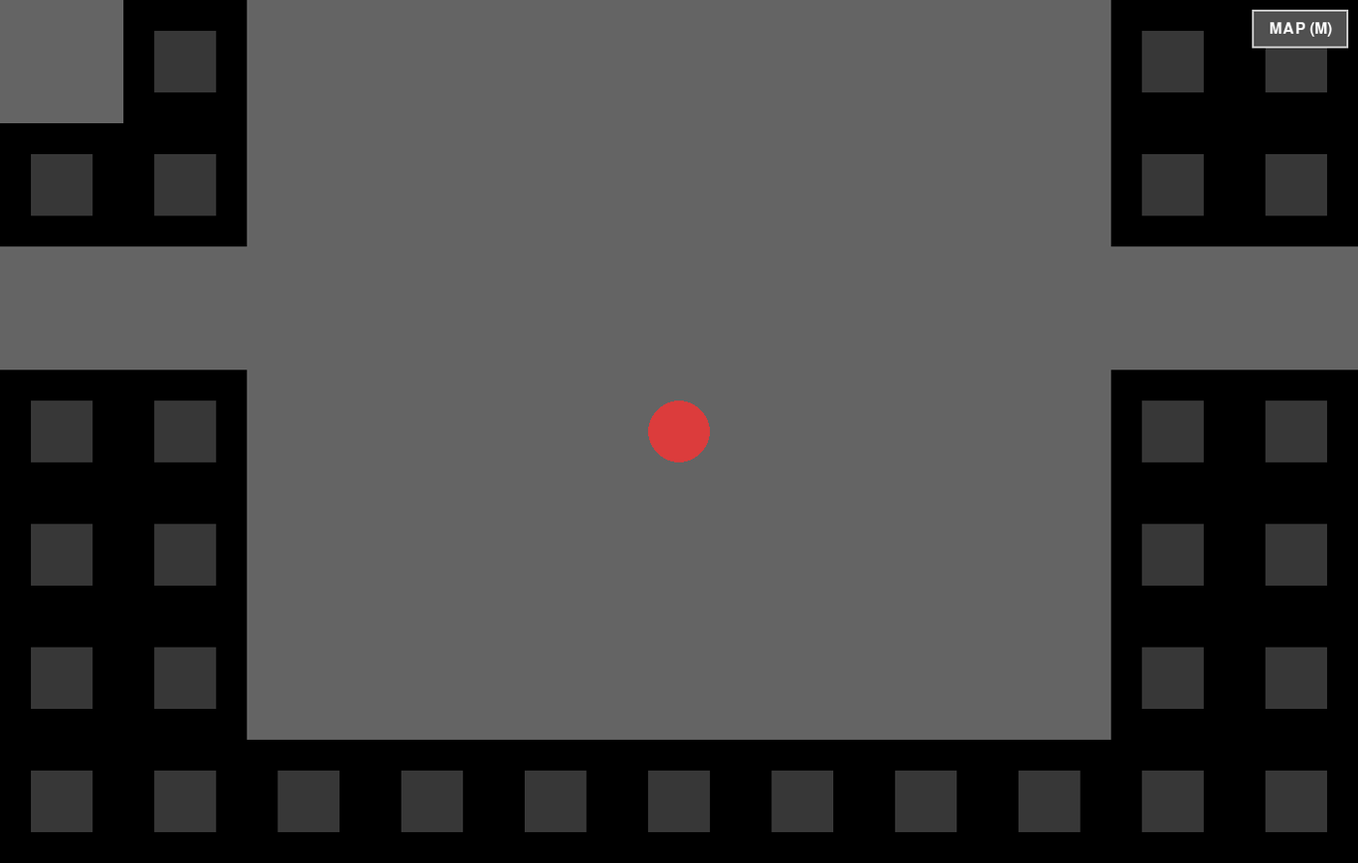
Repository: Nakib-Arman/Game-Jam-2026
Script's output: python main.py
These files come from the project's save history. The script's output is drawn as it stood at one moment and after the next save; the edit follows.
The pictures are shown at 97% of full size.
Figures wider than 1,400 px are first shrunk to that width. The window is shown after at most 60 frames with no key pressed. Random numbers start from a fixed seed.

Above is the script's output before, as saved 2026-01-24 22:08:11.

### main.py
import pygame
from cave import generate_cave
from map import draw_map

# ======================
# CONFIGURATION
# ======================

WORLD_ROWS = 50
WORLD_COLS = 50

VIEW_ROWS = 7
VIEW_COLS = 11

BASE_CELL_SIZE = 128
WALL_SCALE = 0.5

MOVE_DELAY = 80
FPS = 60

BLACK = (0, 0, 0)
LIGHT_GRAY = (100, 100, 100)
DARK_GRAY = (55, 55, 55)
GREEN = (0, 200, 0)
RED = (220, 60, 60)

# ======================
# INITIALIZE
# ======================

pygame.init()
SCREEN_WIDTH = VIEW_COLS * BASE_CELL_SIZE
SCREEN_HEIGHT = VIEW_ROWS * BASE_CELL_SIZE

screen = pygame.display.set_mode((SCREEN_WIDTH, SCREEN_HEIGHT))
pygame.display.set_caption("Cave Explorer")
clock = pygame.time.Clock()
font = pygame.font.SysFont(None, 24)

# ======================
# GAME STATE
# ======================

cave, (player_x, player_y) = generate_cave(WORLD_ROWS, WORLD_COLS)
player_radius = BASE_CELL_SIZE // 4
last_move_time = 0
show_map = False

# ======================
# HELPERS
# ======================

def can_move(x, y):
    return (
        0 <= x < WORLD_COLS and
        0 <= y < WORLD_ROWS and
        cave[y][x] != 1
    )

def get_camera_offset():
    cam_x = player_x - VIEW_COLS // 2
    cam_y = player_y - VIEW_ROWS // 2

    cam_x = max(0, min(cam_x, WORLD_COLS - VIEW_COLS))
    cam_y = max(0, min(cam_y, WORLD_ROWS - VIEW_ROWS))

    return cam_x, cam_y

def draw_map_button():
    button_rect = pygame.Rect(
        SCREEN_WIDTH - 110,
        10,
        100,
        40
    )
    pygame.draw.rect(screen, (80, 80, 80), button_rect)
    pygame.draw.rect(screen, (200, 200, 200), button_rect, 2)

    text = font.render("MAP (M)", True, (255, 255, 255))
    text_rect = text.get_rect(center=button_rect.center)
    screen.blit(text, text_rect)

    return button_rect

# ======================
# RENDERING
# ======================

def draw_world():
    cam_x, cam_y = get_camera_offset()

    for row in range(VIEW_ROWS):
        for col in range(VIEW_COLS):
            world_x = cam_x + col
            world_y = cam_y + row

            screen_x = col * BASE_CELL_SIZE
            screen_y = row * BASE_CELL_SIZE

            if not (0 <= world_x < WORLD_COLS and 0 <= world_y < WORLD_ROWS):
                continue

            cell = cave[world_y][world_x]

            if cell == 1:
                size = int(BASE_CELL_SIZE * WALL_SCALE)
                offset = (BASE_CELL_SIZE - size) // 2
                rect = pygame.Rect(
                    screen_x + offset,
                    screen_y + offset,
                    size,
                    size
                )
                pygame.draw.rect(screen, DARK_GRAY, rect)

            else:
                rect = pygame.Rect(
                    screen_x,
                    screen_y,
                    BASE_CELL_SIZE,
                    BASE_CELL_SIZE
                )
                pygame.draw.rect(screen, LIGHT_GRAY, rect)

            if cell == 2:
                pygame.draw.circle(
                    screen,
                    GREEN,
                    (screen_x + BASE_CELL_SIZE // 2,
                     screen_y + BASE_CELL_SIZE // 2),
                    BASE_CELL_SIZE // 6
                )

    # Player (centered)
    pygame.draw.circle(
        screen,
        RED,
        (SCREEN_WIDTH // 2, SCREEN_HEIGHT // 2),
        player_radius
    )

# ======================
# MAIN LOOP
# ======================

running = True
while running:
    clock.tick(FPS)
    current_time = pygame.time.get_ticks()

    for event in pygame.event.get():
        if event.type == pygame.QUIT:
            running = False

        if event.type == pygame.KEYDOWN:
            if event.key == pygame.K_m:
                show_map = not show_map

        if event.type == pygame.MOUSEBUTTONDOWN:
            if event.button == 1:
                if map_button.collidepoint(event.pos):
                    show_map = not show_map

    # ------------------
    # MOVEMENT
    # ------------------
    if not show_map and current_time - last_move_time >= MOVE_DELAY:
        keys = pygame.key.get_pressed()
        dx = dy = 0

        if keys[pygame.K_LEFT]:
            dx = -1
        elif keys[pygame.K_RIGHT]:
            dx = 1
        elif keys[pygame.K_UP]:
            dy = -1
        elif keys[pygame.K_DOWN]:
            dy = 1

        nx = player_x + dx
        ny = player_y + dy

        if can_move(nx, ny):
            player_x, player_y = nx, ny
            last_move_time = current_time

    # ------------------
    # DRAW
    # ------------------
    screen.fill(BLACK)

    if show_map:
        draw_map(
            screen,
            cave,
            (player_x, player_y),
            (SCREEN_WIDTH, SCREEN_HEIGHT)
        )
    else:
        draw_world()

    map_button = draw_map_button()
    pygame.display.flip()

pygame.quit()

### cave.py
import random
from collections import deque

WALL = 1
FLOOR = 0
EXIT = 2


def generate_cave(rows, cols,
                  room_attempts=40,
                  min_room_size=5,
                  max_room_size=10):

    cave = [[WALL for _ in range(cols)] for _ in range(rows)]
    rooms = []

    # ----------------------
    # Helpers
    # ----------------------
    def carve_room(x, y, w, h):
        for iy in range(y, y + h):
            for ix in range(x, x + w):
                cave[iy][ix] = FLOOR

    def intersects(r1, r2):
        x1, y1, w1, h1 = r1
        x2, y2, w2, h2 = r2
        return not (
            x1 + w1 < x2 or
            x2 + w2 < x1 or
            y1 + h1 < y2 or
            y2 + h2 < y1
        )

    def center(room):
        x, y, w, h = room
        return (x + w // 2, y + h // 2)

    # ----------------------
    # Generate rooms
    # ----------------------
    for _ in range(room_attempts):
        w = random.randint(min_room_size, max_room_size)
        h = random.randint(min_room_size, max_room_size)
        x = random.randint(1, cols - w - 2)
        y = random.randint(1, rows - h - 2)

        new_room = (x, y, w, h)

        if any(intersects(new_room, r) for r in rooms):
            continue

        carve_room(x, y, w, h)
        rooms.append(new_room)

    if not rooms:
        return cave, (1, 1)

    # ----------------------
    # Connect rooms
    # ----------------------
    for i in range(1, len(rooms)):
        x1, y1 = center(rooms[i - 1])
        x2, y2 = center(rooms[i])

        if random.choice([True, False]):
            for x in range(min(x1, x2), max(x1, x2) + 1):
                cave[y1][x] = FLOOR
            for y in range(min(y1, y2), max(y1, y2) + 1):
                cave[y][x2] = FLOOR
        else:
            for y in range(min(y1, y2), max(y1, y2) + 1):
                cave[y][x1] = FLOOR
            for x in range(min(x1, x2), max(x1, x2) + 1):
                cave[y2][x] = FLOOR

    # ----------------------
    # Spawn & exit
    # ----------------------
    spawn_x, spawn_y = center(rooms[0])
    exit_x, exit_y = find_farthest_cell(cave, spawn_x, spawn_y)
    cave[exit_y][exit_x] = EXIT

    return cave, (spawn_x, spawn_y)


def find_farthest_cell(cave, start_x, start_y):
    rows, cols = len(cave), len(cave[0])
    dist = [[-1] * cols for _ in range(rows)]
    queue = deque([(start_x, start_y)])
    dist[start_y][start_x] = 0

    farthest = (start_x, start_y)

    while queue:
        x, y = queue.popleft()
        for dx, dy in [(0, -1), (1, 0), (0, 1), (-1, 0)]:
            nx, ny = x + dx, y + dy
            if 0 <= nx < cols and 0 <= ny < rows:
                if cave[ny][nx] != WALL and dist[ny][nx] == -1:
                    dist[ny][nx] = dist[y][x] + 1
                    queue.append((nx, ny))
                    farthest = (nx, ny)

    return farthest

### map.py
import pygame

WALL = 1
FLOOR = 0
EXIT = 2

def draw_map(screen, cave, player_pos, screen_size):
    rows = len(cave)
    cols = len(cave[0])

    map_margin = 40
    map_width = screen_size[0] - map_margin * 2
    map_height = screen_size[1] - map_margin * 2

    cell_w = map_width // cols
    cell_h = map_height // rows
    cell_size = min(cell_w, cell_h)

    offset_x = (screen_size[0] - (cols * cell_size)) // 2
    offset_y = (screen_size[1] - (rows * cell_size)) // 2

    for y in range(rows):
        for x in range(cols):
            cell = cave[y][x]

            color = (30, 30, 30)          # wall
            if cell == FLOOR:
                color = (120, 120, 120)
            elif cell == EXIT:
                color = (0, 200, 0)

            rect = pygame.Rect(
                offset_x + x * cell_size,
                offset_y + y * cell_size,
                cell_size,
                cell_size
            )
            pygame.draw.rect(screen, color, rect)

    # Draw player
    px, py = player_pos
    player_rect = pygame.Rect(
        offset_x + px * cell_size,
        offset_y + py * cell_size,
        cell_size,
        cell_size
    )
    pygame.draw.rect(screen, (220, 60, 60), player_rect)

    # Border
    pygame.draw.rect(
        screen,
        (200, 200, 200),
        (
            offset_x,
            offset_y,
            cols * cell_size,
            rows * cell_size
        ),
        2
    )

After the next save:
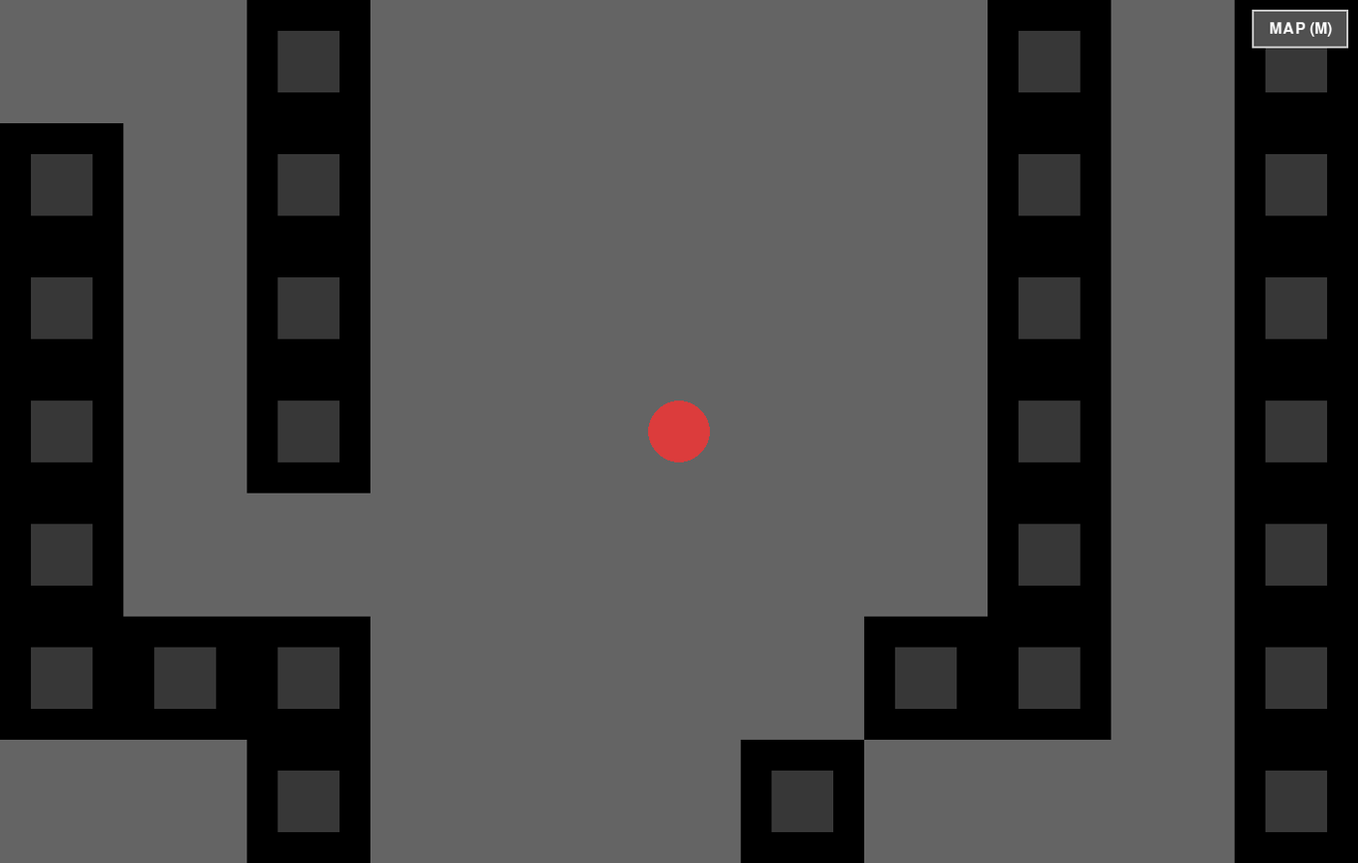
Saved 50 s later.
--- a/cave.py
+++ b/cave.py
@@ -1,22 +1,47 @@
 import random
 from collections import deque
 
+# ----------------------
+# Tile constants
+# ----------------------
 WALL = 1
 FLOOR = 0
 EXIT = 2
 
-
+# ----------------------
+# Cave generator
+# ----------------------
 def generate_cave(rows, cols,
-                  room_attempts=40,
-                  min_room_size=5,
-                  max_room_size=10):
+                  room_attempts=25,
+                  min_room_size=3,
+                  max_room_size=6):
 
     cave = [[WALL for _ in range(cols)] for _ in range(rows)]
+
+    # ----------------------
+    # Maze generation (DFS / recursive backtracker)
+    # ----------------------
+    def carve_maze(x, y):
+        directions = [(2, 0), (-2, 0), (0, 2), (0, -2)]
+        random.shuffle(directions)
+        for dx, dy in directions:
+            nx, ny = x + dx, y + dy
+            if 1 <= nx < cols - 1 and 1 <= ny < rows - 1:
+                if cave[ny][nx] == WALL:
+                    cave[y + dy // 2][x + dx // 2] = FLOOR
+                    cave[ny][nx] = FLOOR
+                    carve_maze(nx, ny)
+
+    # Start maze carving
+    start_x, start_y = 1, 1
+    cave[start_y][start_x] = FLOOR
+    carve_maze(start_x, start_y)
+
+    # ----------------------
+    # Helper functions for rooms
+    # ----------------------
     rooms = []
 
-    # ----------------------
-    # Helpers
-    # ----------------------
     def carve_room(x, y, w, h):
         for iy in range(y, y + h):
             for ix in range(x, x + w):
@@ -26,10 +51,10 @@
         x1, y1, w1, h1 = r1
         x2, y2, w2, h2 = r2
         return not (
-            x1 + w1 < x2 or
-            x2 + w2 < x1 or
-            y1 + h1 < y2 or
-            y2 + h2 < y1
+            x1 + w1 + 1 < x2 or
+            x2 + w2 + 1 < x1 or
+            y1 + h1 + 1 < y2 or
+            y2 + h2 + 1 < y1
         )
 
     def center(room):
@@ -37,7 +62,7 @@
         return (x + w // 2, y + h // 2)
 
     # ----------------------
-    # Generate rooms
+    # Carve small rooms
     # ----------------------
     for _ in range(room_attempts):
         w = random.randint(min_room_size, max_room_size)
@@ -46,44 +71,29 @@
         y = random.randint(1, rows - h - 2)
 
         new_room = (x, y, w, h)
-
         if any(intersects(new_room, r) for r in rooms):
             continue
 
         carve_room(x, y, w, h)
         rooms.append(new_room)
 
-    if not rooms:
-        return cave, (1, 1)
+    # ----------------------
+    # Spawn and exit
+    # ----------------------
+    if rooms:
+        spawn_x, spawn_y = center(rooms[0])
+    else:
+        spawn_x, spawn_y = start_x, start_y
 
-    # ----------------------
-    # Connect rooms
-    # ----------------------
-    for i in range(1, len(rooms)):
-        x1, y1 = center(rooms[i - 1])
-        x2, y2 = center(rooms[i])
-
-        if random.choice([True, False]):
-            for x in range(min(x1, x2), max(x1, x2) + 1):
-                cave[y1][x] = FLOOR
-            for y in range(min(y1, y2), max(y1, y2) + 1):
-                cave[y][x2] = FLOOR
-        else:
-            for y in range(min(y1, y2), max(y1, y2) + 1):
-                cave[y][x1] = FLOOR
-            for x in range(min(x1, x2), max(x1, x2) + 1):
-                cave[y2][x] = FLOOR
-
-    # ----------------------
-    # Spawn & exit
-    # ----------------------
-    spawn_x, spawn_y = center(rooms[0])
     exit_x, exit_y = find_farthest_cell(cave, spawn_x, spawn_y)
     cave[exit_y][exit_x] = EXIT
 
     return cave, (spawn_x, spawn_y)
 
 
+# ----------------------
+# BFS to find farthest cell
+# ----------------------
 def find_farthest_cell(cave, start_x, start_y):
     rows, cols = len(cave), len(cave[0])
     dist = [[-1] * cols for _ in range(rows)]
@@ -101,5 +111,23 @@
                     dist[ny][nx] = dist[y][x] + 1
                     queue.append((nx, ny))
                     farthest = (nx, ny)
+    return farthest
 
-    return farthest
+
+# ----------------------
+# Simple text visualization
+# ----------------------
+def print_cave(cave):
+    chars = {WALL: '█', FLOOR: '.', EXIT: 'E'}
+    for row in cave:
+        print(''.join(chars[cell] for cell in row))
+
+
+# ----------------------
+# Example usage
+# ----------------------
+if __name__ == "__main__":
+    rows, cols = 41, 81  # Odd numbers preferred for maze
+    cave, spawn = generate_cave(rows, cols)
+    print_cave(cave)
+    print("Spawn point:", spawn)
